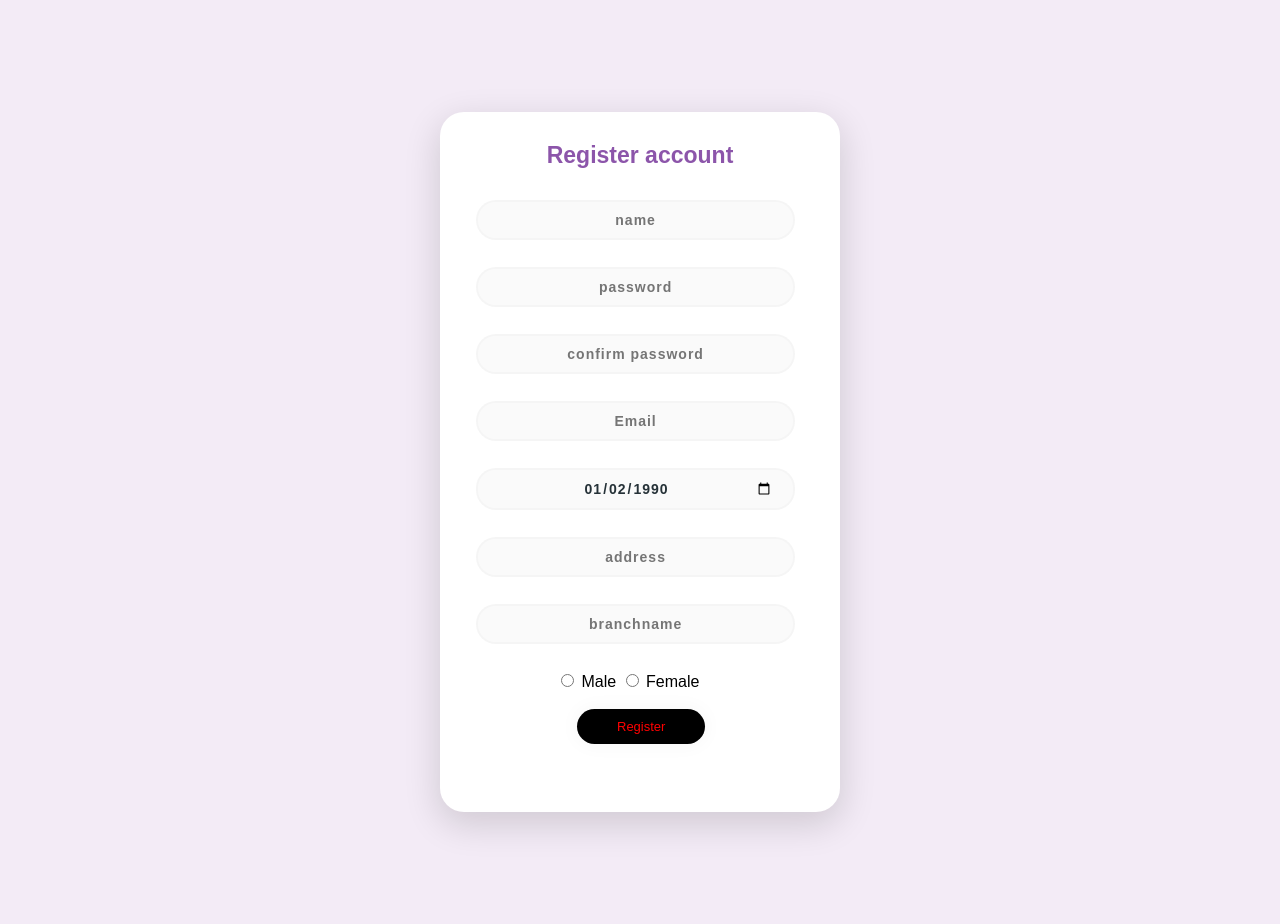
Repository: anujs099/bankingapp
Page: http://localhost/banking-application-final/Register.html
The author's editor kept a copy of each file at every save. The page is drawn from the files as they stood at one save, then again after the next save.
The browser window is 1280 px wide. The pictures show the whole page.
The page is served by Tomcat 9.

Above is the page before, as saved 2021-03-09 04:30:56.

After the next save:
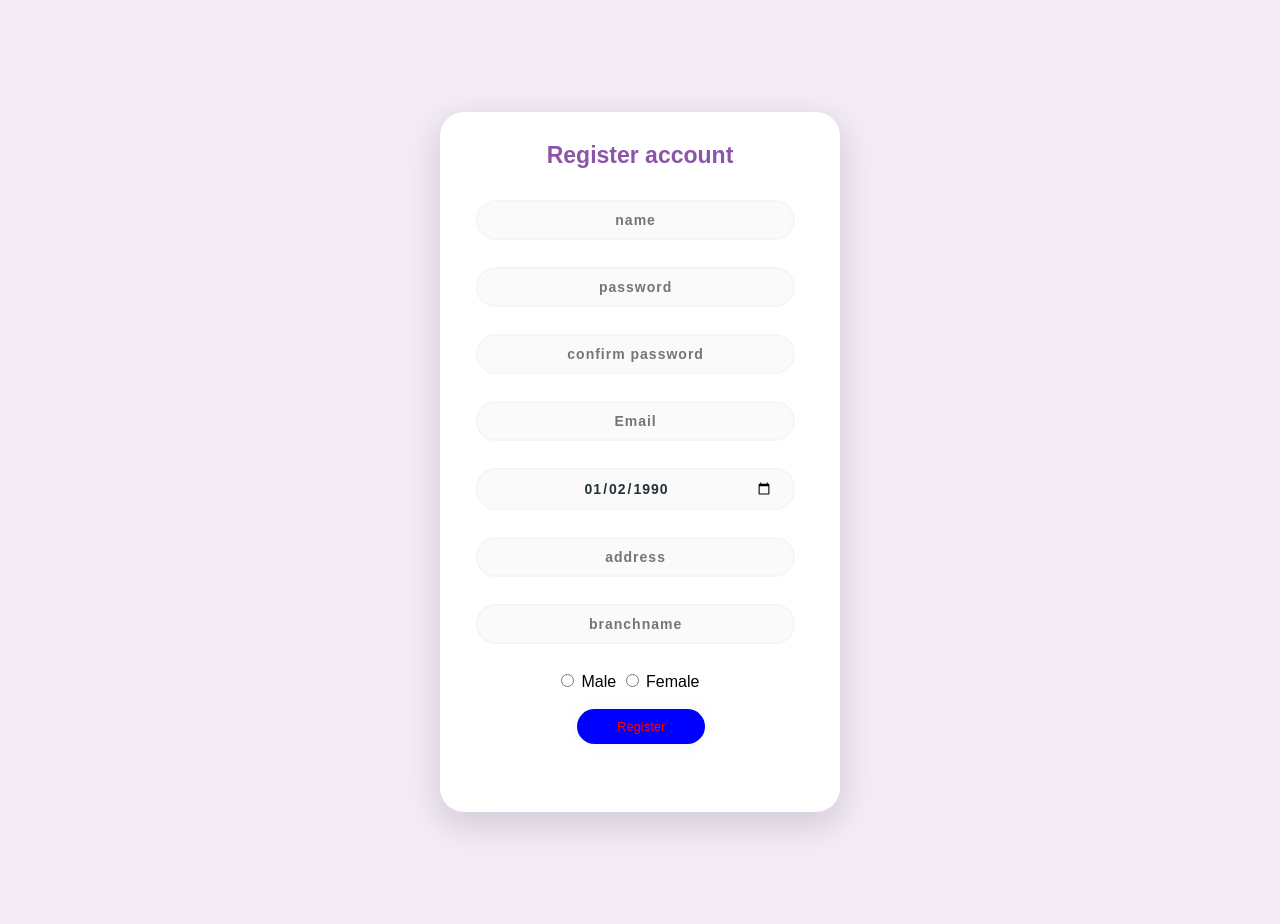
Saved 92 s later.
--- a/banking-application-final/WebContent/LoginFile.css
+++ b/banking-application-final/WebContent/LoginFile.css
@@ -75,7 +75,7 @@
       cursor: pointer;
         border-radius: 5em;
         color:red;
-        background:black;
+        background-color:#0000FF;
         border: 0;
         padding-left: 40px;
         padding-right: 40px;
